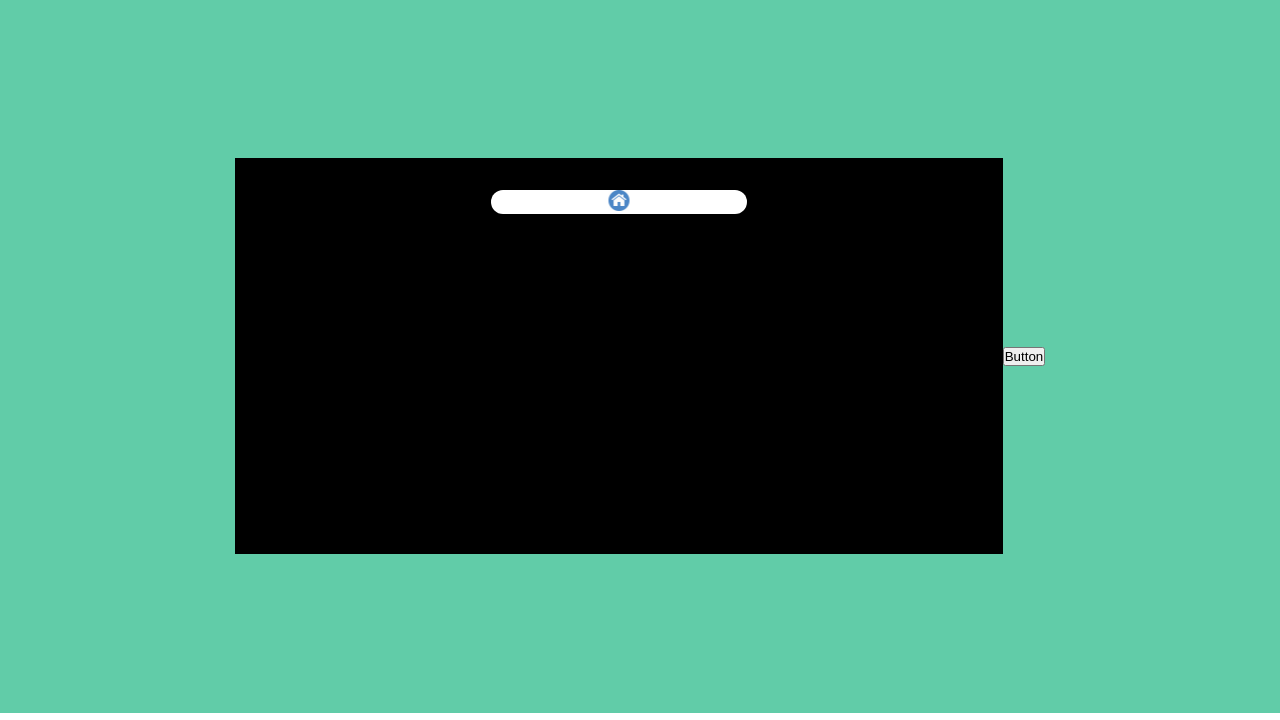
Repository: gitveerak/git-message-chat
Page: demo/demo1.html
These files come from the project's save history. The page is drawn as it stood at one moment and after the next save; the edit follows.
The browser window is 1280 px wide. The pictures show the whole page.

Above is the page before, as saved 2025-04-20 18:20:39.

After the next save:
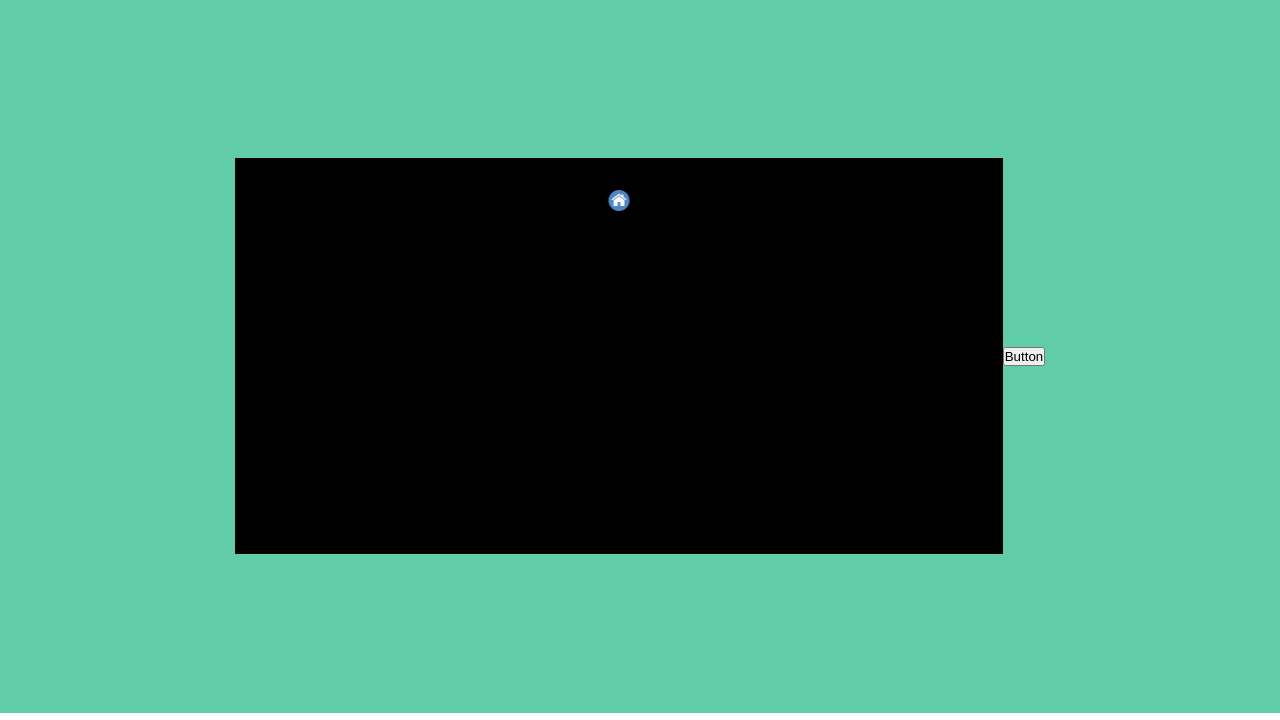
Saved 11 s later.
--- a/demo/demo1.html
+++ b/demo/demo1.html
@@ -37,7 +37,6 @@
             top: 2em;
             left: 50%;
             transform: translateX(-50%);
-            width: 20vw;
             height: 1.5em;
             border-radius: 5em;
             background-color: white;
